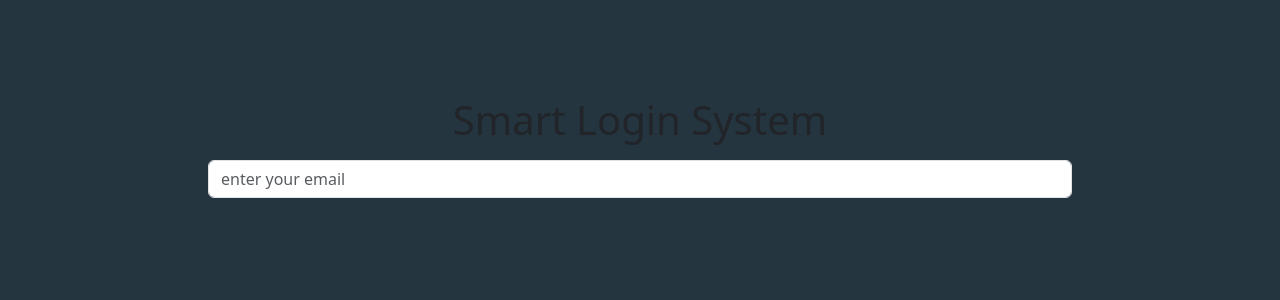
Repository: bodajava/TASK-4
Page: index.html
These files come from the project's save history. The page is drawn as it stood at one moment and after the next save; the edit follows.
The browser window is 1280 px wide. The pictures show the whole page.

Above is the page before, as saved 2025-06-16 18:03:51.

After the next save:
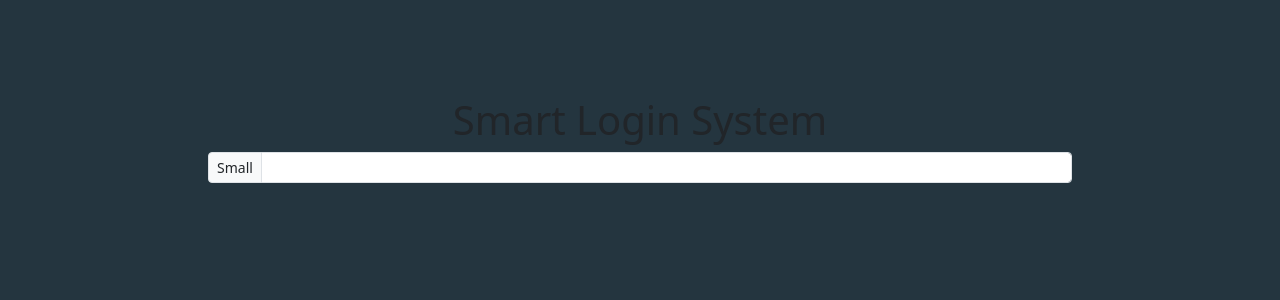
Saved 2 min 11 s later.
--- a/index.html
+++ b/index.html
@@ -11,12 +11,15 @@
   <body>
     <div id="item" class="container my-5 w-75 p-5">
       <h1 class="text-center">Smart Login System</h1>
-      <input
-        type="text"
-        placeholder="enter your email"
-        class="form-control my-3"
-        id="signinEmail"
-      />
+      <div class="input-group input-group-sm mb-3">
+        <span class="input-group-text" id="inputGroup-sizing-sm">Small</span>
+        <input
+          type="text"
+          class="form-control"
+          aria-label="Sizing example input"
+          aria-describedby="inputGroup-sizing-sm"
+        />
+      </div>
     </div>
     <script src="js/bootstrap.bundle.min.js"></script>
     <script src="js/index.js"></script>

After the save that followed:
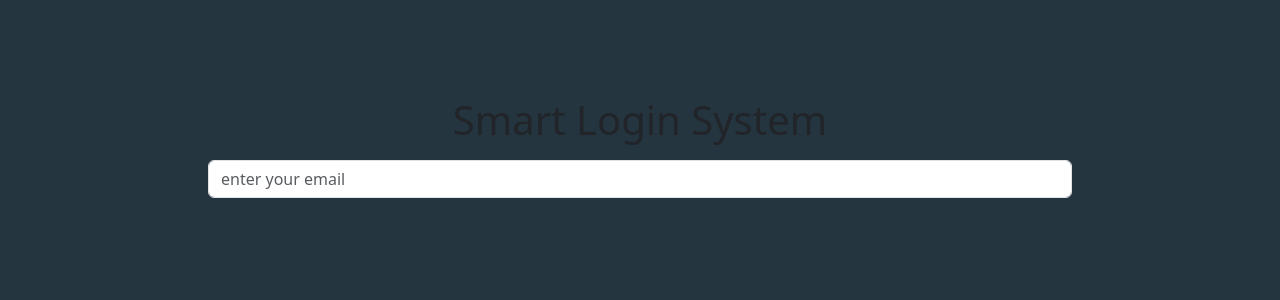
Saved 11 s later.
--- a/index.html
+++ b/index.html
@@ -11,15 +11,12 @@
   <body>
     <div id="item" class="container my-5 w-75 p-5">
       <h1 class="text-center">Smart Login System</h1>
-      <div class="input-group input-group-sm mb-3">
-        <span class="input-group-text" id="inputGroup-sizing-sm">Small</span>
-        <input
-          type="text"
-          class="form-control"
-          aria-label="Sizing example input"
-          aria-describedby="inputGroup-sizing-sm"
-        />
-      </div>
+      <input
+        type="text"
+        placeholder="enter your email"
+        class="form-control my-3"
+        id="signinEmail"
+      />
     </div>
     <script src="js/bootstrap.bundle.min.js"></script>
     <script src="js/index.js"></script>
